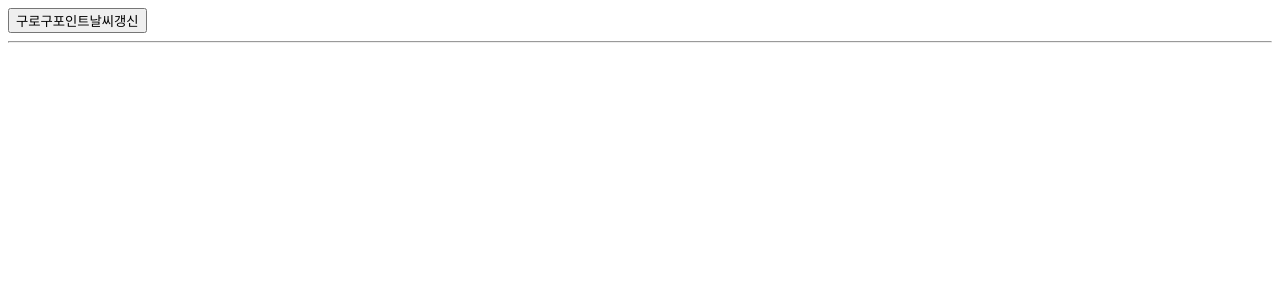
Repository: jeehui/JSPStudy
Page: http://localhost/OPENAPI_PRAC/guro/guro.jsp
These files come from the project's save history. The page is drawn as it stood at one moment and after the next save; the edit follows.
The browser window is 1280 px wide. The pictures show the whole page.
The page is served by Tomcat 9.

Above is the page before, as saved 2022-05-04 02:07:35.

After the next save:
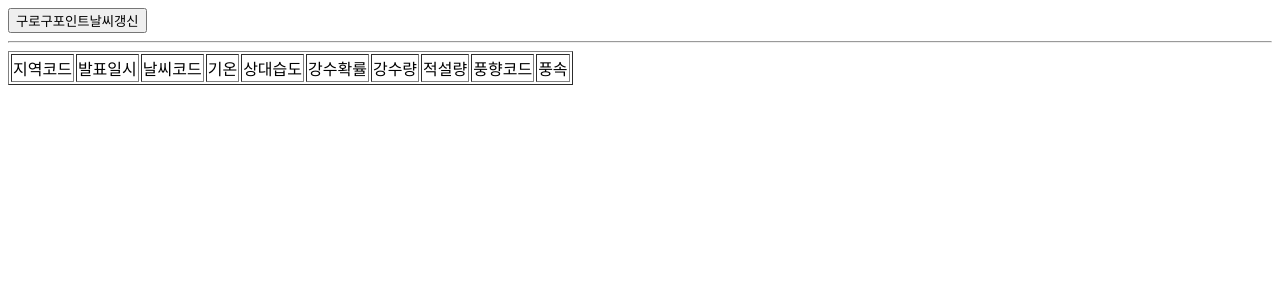
Saved 8 min 18 s later.
--- a/OPENAPI_PRAC/src/main/webapp/guro/guro.jsp
+++ b/OPENAPI_PRAC/src/main/webapp/guro/guro.jsp
@@ -21,7 +21,9 @@
 				type: 'get',
 				dataType: 'xml',
 				success: function(responseText){
-					console.log(responseText);
+					$.each($(responseText).find('item'), function(i, item){
+
+					})
 				}
 			})
 		})
@@ -35,7 +37,22 @@
 
 	<hr>
 
-
+	<table border="1">
+		<thead>
+			<tr>
+				<td>지역코드</td>
+				<td>발표일시</td>
+				<td>날씨코드</td>
+				<td>기온</td>
+				<td>상대습도</td>
+				<td>강수확률</td>
+				<td>강수량</td>
+				<td>적설량</td>
+				<td>풍향코드</td>
+				<td>풍속</td>
+			</tr>
+		</thead>
+	</table>
 
 </body>
 </html>
